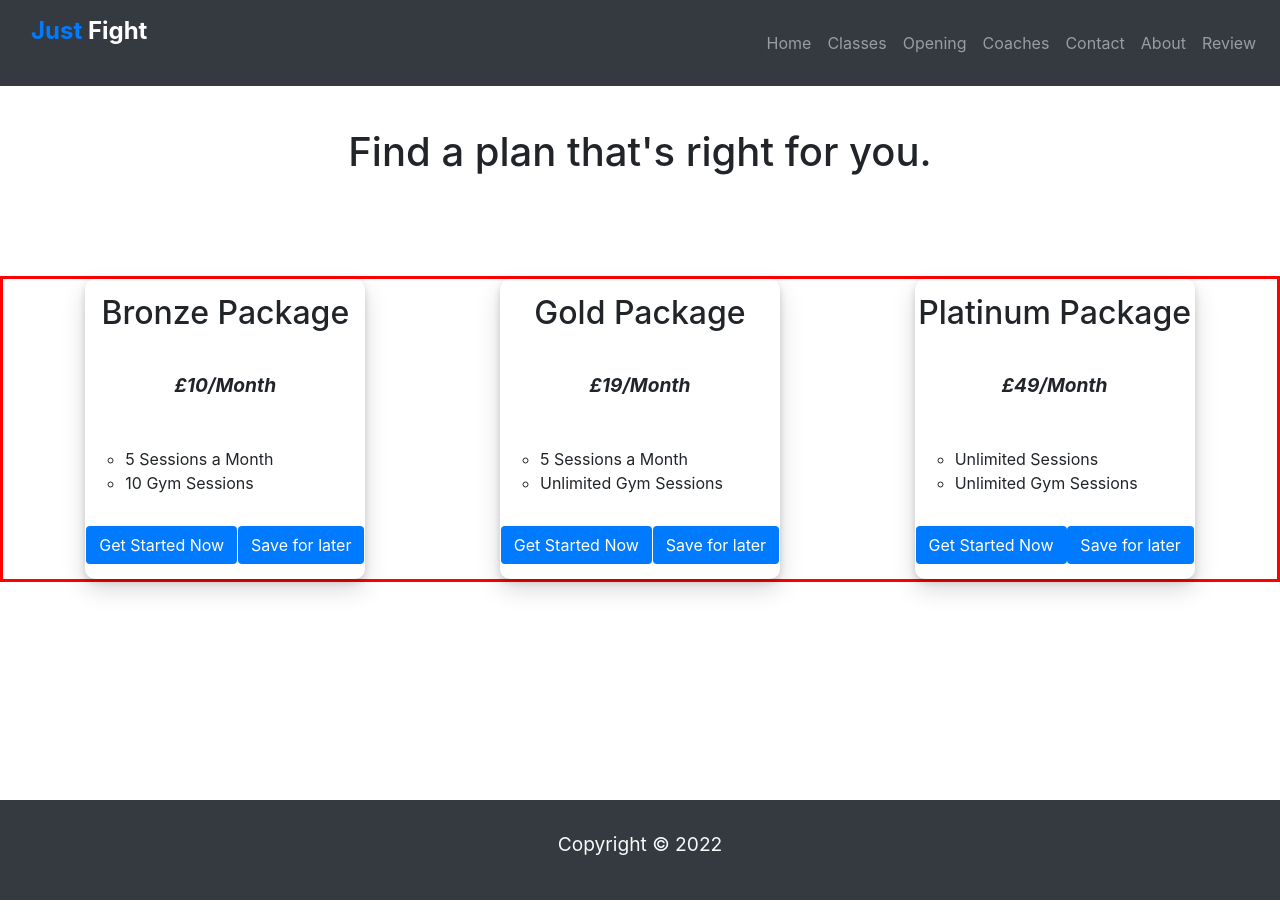
Repository: IonPara/Just-Fight
Page: plans.html
An editor plug-in stored every save of this project. The page is shown before and after the next save, followed by the edit.
The browser window is 1280 px wide. The pictures show the whole page.
Some web libraries are served in a nearby version.

Above is the page before, as saved 2023-03-13 16:42:37.

After the next save:
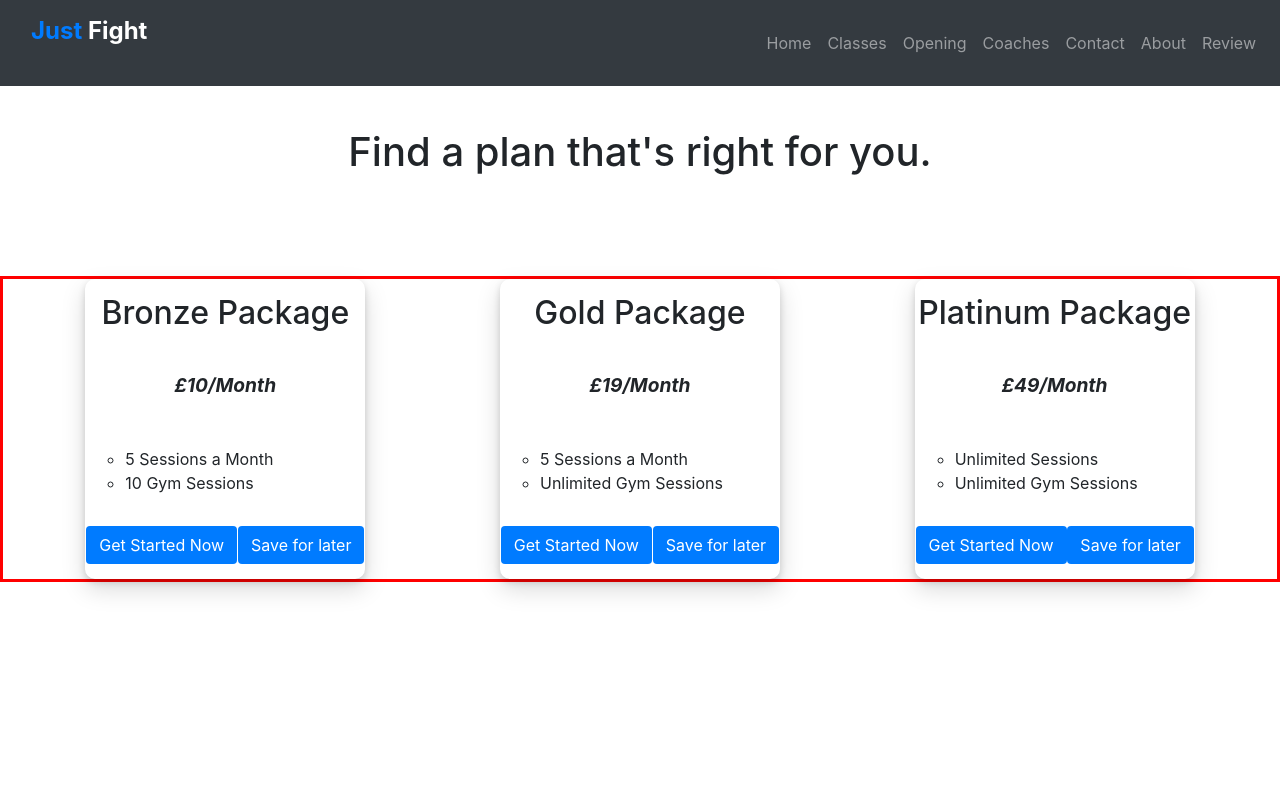
Saved 36 s later.
--- a/Styles/plans.css
+++ b/Styles/plans.css
@@ -55,6 +55,10 @@ footer p {
   font-size: larger;
   height: 100px;
 }
+.plans-footer {
+  position: fixed;
+}
+
 .plans-container {
   display: flex;
   justify-content: space-between;
